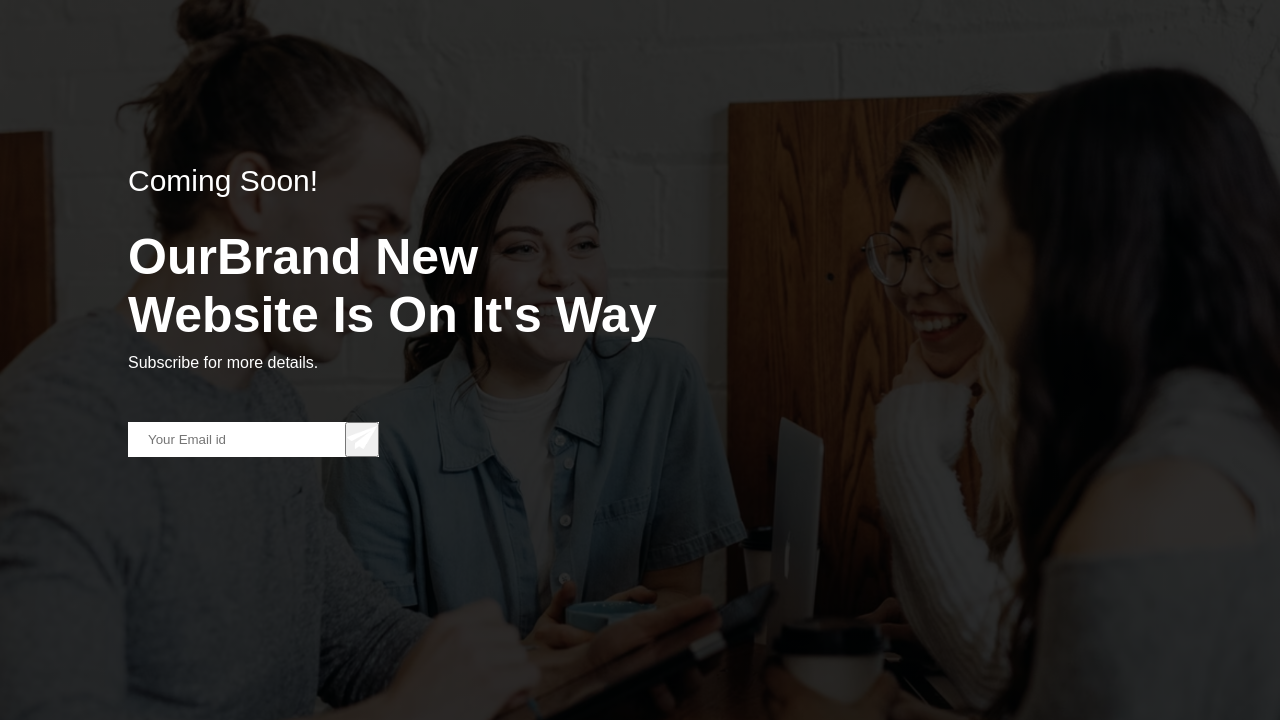
Repository: AbdullahOwais-Dev/Email-Subscription
Page: index.html
The author's editor kept a copy of each file at every save. The page is drawn from the files as they stood at one save, then again after a run of saves.
The browser window is 1280 px wide. The pictures show the whole page.

Above is the page before, as saved 2025-02-07 23:39:43.

After the next 6 saves:
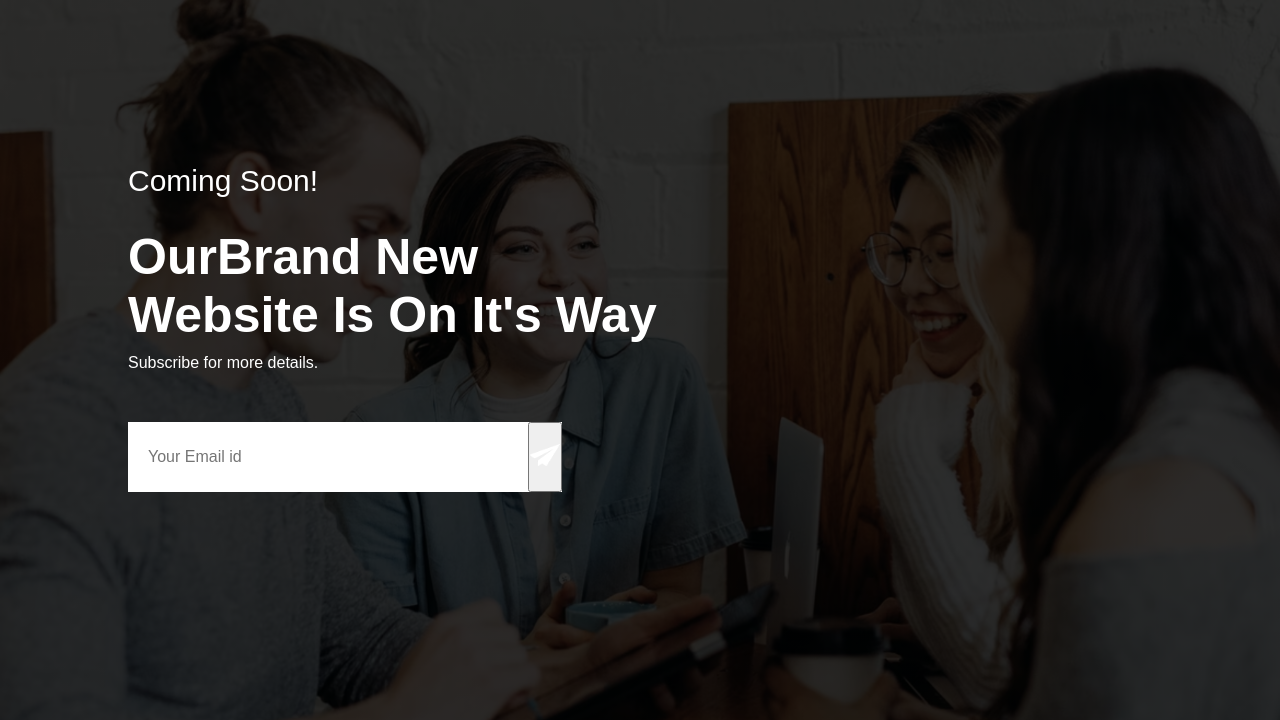
The 6 saves are shown as one change because they came seconds apart.
The last was saved 15 s later.
--- a/style.css
+++ b/style.css
@@ -34,5 +34,7 @@ form input{
     border: 0;
     outline: none;
     padding: 10px 20px;
-
+    height: 70px;
+    width: 400px;
+    font-size: 16px;
 }
